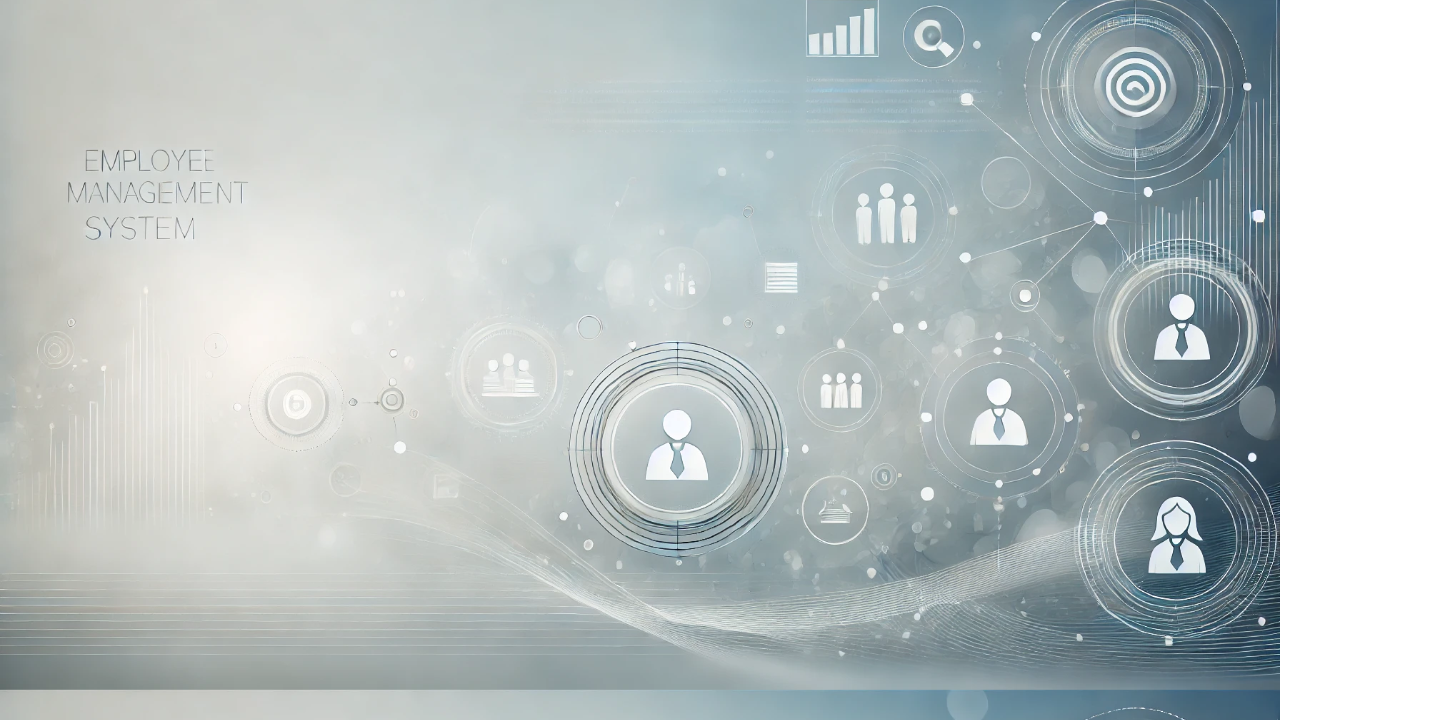
Repository: Vaibhav979/EmployeeManagement-Spring
Page: / (app in em-project-view/)
These files come from the project's save history. The page is drawn as it stood at one moment and after a run of saves; the edit follows.
The browser window is 1280 px wide. The page is 1280 px wide, then 1440 px, so the pictures cover 1440 px, including what lies to the right of the window. The pictures show the whole page.
The page's requests for data from a server got no answer. The project was rebuilt for these pictures with package versions that can differ from the ones it lists, and the page was loaded fresh each time. No one was signed in, and anything a server would have sent is missing. Also part of the build but not shown: em-project-view/vite.config.js, em-project-view/src/components/AddEmployee.jsx.

Above is the page before, as saved 2025-01-03 23:37:13.
Console error: TypeError: Cannot read properties of null (reading 'map')

After the next 2 saves:
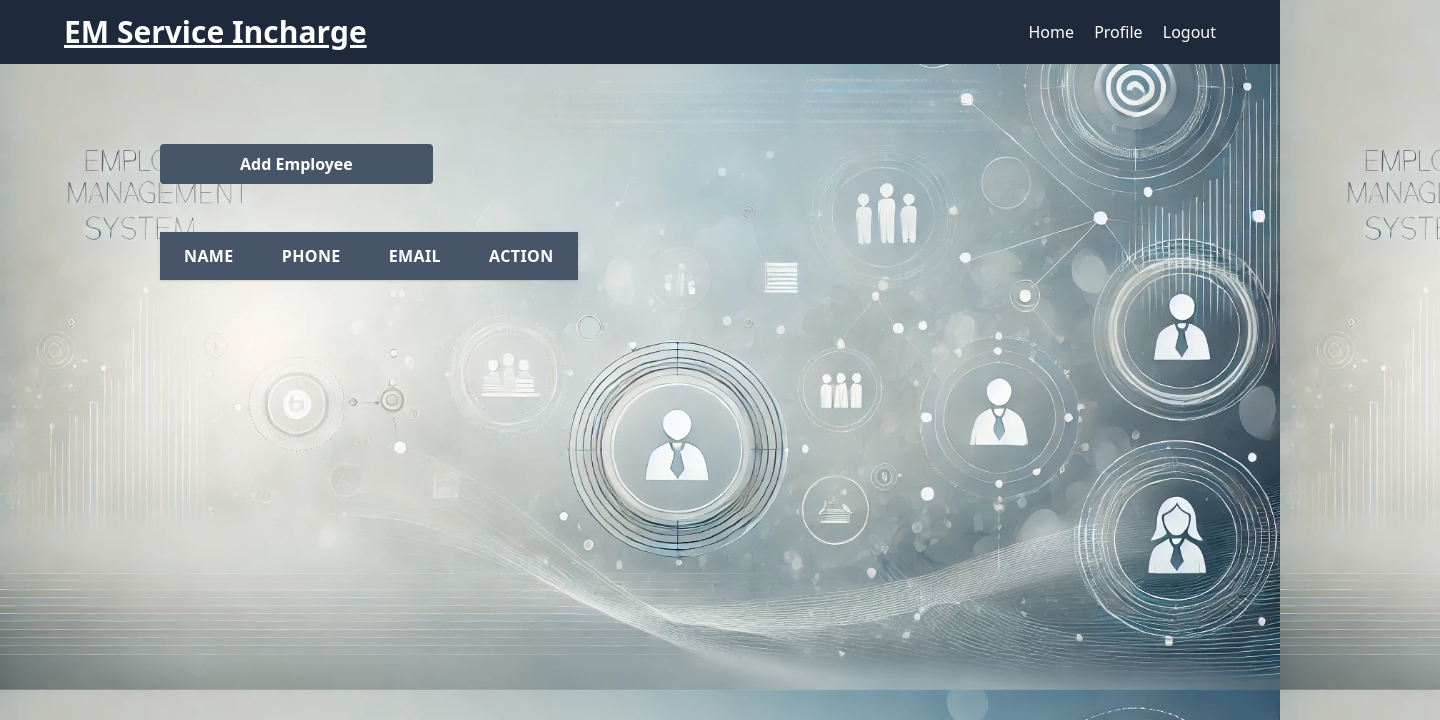
The error is gone.
The 2 saves are shown as one change because they came seconds apart.
The last was saved 11 s later.
--- a/em-project-view/src/components/EmployeeList.jsx
+++ b/em-project-view/src/components/EmployeeList.jsx
@@ -3,7 +3,7 @@ import { useNavigate } from "react-router-dom";
 import EmployeeService from "../service/EmployeeService";
 
 const EmployeeList = () => {
-  const [employees, setEmployees] = useState(null);
+  const [employees, setEmployees] = useState([]);
   const [loading, setLoading] = useState(false);
   useEffect(() => {
     const fetchData = async () => {
